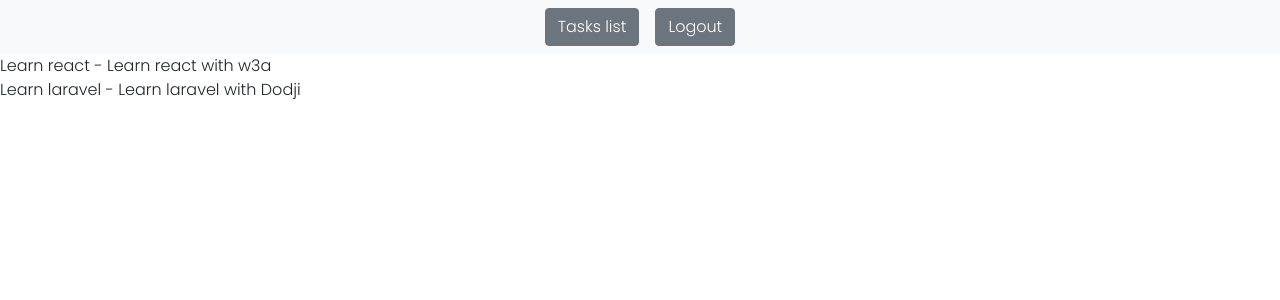
Repository: FS-23/react-task-manager
Page: /tasks/list
An editor plug-in stored every save of this project. The page is shown before and after a run of saves, followed by the edit.
The browser window is 1280 px wide. The pictures show the whole page.
The page's requests for data from a server got no answer. The project was rebuilt for these pictures with package versions that can differ from the ones it lists, and the page was loaded fresh each time. No one was signed in, and anything a server would have sent is missing. Also part of the build but not shown: src/components/Login.js, src/components/AddTask.js, src/components/TaskDetail.js.

Above is the page before, as saved 2022-05-13 14:59:57.

### public/index.html
<!DOCTYPE html>
<html lang="en">
  <head>
    <meta charset="utf-8" />
    <link rel="icon" href="%PUBLIC_URL%/favicon.ico" />
    <meta name="viewport" content="width=device-width, initial-scale=1" />
    <meta name="theme-color" content="#000000" />
    <meta  name="description" content="Web site created using create-react-app"/>
    <link rel="apple-touch-icon" href="%PUBLIC_URL%/logo192.png" />

    <link rel="manifest" href="%PUBLIC_URL%/manifest.json" />

    <title>React App</title>

    <!-- CSS only -->
   <link href="https://cdn.jsdelivr.net/npm/bootstrap@5.1.3/dist/css/bootstrap.min.css" rel="stylesheet" >
  </head>
  <body>
    <noscript>You need to enable JavaScript to run this app.</noscript>
    <div id="root"></div>


    <!-- JavaScript Bundle with Popper -->
    <script src="https://cdn.jsdelivr.net/npm/bootstrap@5.1.3/dist/js/bootstrap.bundle.min.js"></script>
  </body>
</html>

### src/index.js
import React from 'react';
import ReactDOM from 'react-dom/client';
import './index.css';
import App from './App';
//import 'https://cdn.jsdelivr.net/npm/bootstrap@5.1.3/dist/css/bootstrap.min.css'

const root = ReactDOM.createRoot(document.getElementById('root'));
root.render(
  <React.StrictMode>
    <App />
  </React.StrictMode>
);

// If you want to start measuring performance in your app, pass a function
// to log results (for example: reportWebVitals(console.log))
// or send to an analytics endpoint. Learn more: https://bit.ly/CRA-vitals

### src/index.css

.login-bg {
     background-image: linear-gradient(160deg , red , blue);
}

@font-face {
  font-family: "Poppins";
  src: url(./font/Poppins-Light.ttf);
}

*{
   font-family:  "Poppins" , sans-serif;
}

### src/App.js

import Login from "./components/Login";
import TaskList from "./components/TaskList";
import AddTask from './components/AddTask'
import TaskDetail from "./components/TaskDetail";
import Layout from "./components/Layout";
import TaskLayout from "./components/TaskLayout";

import { BrowserRouter , Routes , Route } from 'react-router-dom'


function App() {
  return (

    <BrowserRouter>
         <Routes>
              <Route path="/login" element={<Login />}></Route>
              <Route path="/" element={<Layout />}>
                  <Route  index element={<TaskLayout/>}></Route>
                   <Route  path="tasks" element={<TaskLayout/>}>
                      <Route index element = {<TaskList/>}></Route>
                      <Route path="list" element = {<TaskList/>}></Route>
                      <Route path=":id" element = {<TaskDetail/>}></Route>
                      <Route path="edit/:id" element = {<AddTask/>}></Route>
                   </Route>
              </Route>
         </Routes>

    </BrowserRouter>

  );
}




export default App;

### src/components/TaskList.js
import { db } from '../firebase-config'
import { collection , getDocs } from 'firebase/firestore'
import { useState , useEffect} from 'react'
function TaskList(){

    let tasksRef = collection(db , 'tasks')
    let [inputs , setInputs] = useState({})
    let tasks = [
         {id: 1 , title: "Learn react" , description: "Learn react with w3a"} ,
         {id: 2 , title: 'Learn laravel' , description: "Learn laravel with Dodji" }
    ]

    function handleOnChange(event){
        let name = event.target.name
        let value = event.target.value

        setInputs(inputs => ({...inputs , [name]: value}))
    }

    function handleOnSubmit(event){
        event.preventDefault();
        console.log('inputs:', inputs)
    }

    function getTasks(){
        getDocs(tasksRef)
         .then(res => {
             let list = res.docs.map( item => ({...item.data() , id: item.id}))
             console.log('list:', list)
         })
         .catch(err => console.log('error:', err))
    }

    useEffect(()=>{
        getTasks()
    })
    return (
        <div>
            {
                tasks.map( (task , index) => (
                    <div key={index}>
                        {task.title} - {task.description}
                    </div>
                ))
            }


        </div>
    )
}

export default TaskList

### src/components/Layout.js
import { Link, Outlet } from "react-router-dom";

function Layout(){
    return (
        <div>
            <div className="text-center bg-light p-2">
                <Link className="btn btn-secondary" to="/tasks/list">Tasks list</Link>
                <Link className="btn btn-secondary ms-3" to="/login">Logout</Link>
            </div>
            <Outlet />
        </div>

    )
}

export default Layout

### src/components/TaskLayout.js
import { Outlet } from "react-router-dom";

function TaskLayout(){
    return (
        <div>
            <Outlet />
        </div>
    )
}

export default TaskLayout

### src/firebase-config.js
import { initializeApp } from "firebase/app";
import { getFirestore } from '@firebase/firestore'

const firebaseConfig = {
  apiKey: "AIzaSyD5rTrE9gHlZjhMAg4WTwj3vbyKvT4yrpo",
  authDomain: "fs-23-taskmanager.firebaseapp.com",
  projectId: "fs-23-taskmanager",
  storageBucket: "fs-23-taskmanager.appspot.com",
  messagingSenderId: "409848607226",
  appId: "1:409848607226:web:1000e7ce8565398a1c7443",
  measurementId: "G-2303C3SQ8G"
};

// Initialize Firebase
const app = initializeApp(firebaseConfig);

export const db = getFirestore(app)

After the next 2 saves:
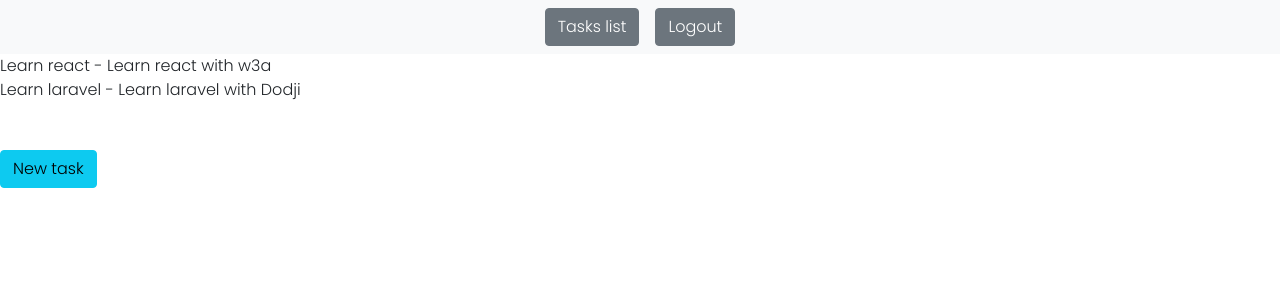
The 2 saves are shown as one change because they came seconds apart.
The last was saved 2 min 2 s later.
--- a/src/components/TaskList.js
+++ b/src/components/TaskList.js
@@ -1,6 +1,7 @@
 import { db } from '../firebase-config'
 import { collection , getDocs } from 'firebase/firestore'
 import { useState , useEffect} from 'react'
+import { Link } from 'react-router-dom'
 function TaskList(){
 
     let tasksRef = collection(db , 'tasks')
@@ -45,6 +46,11 @@ function TaskList(){
             }
 
 
+            <div className='mt-5'>
+               <Link to="/tasks/add/0"  className='btn btn-info'>New task</Link>
+            </div>
+
+
         </div>
     )
 }
